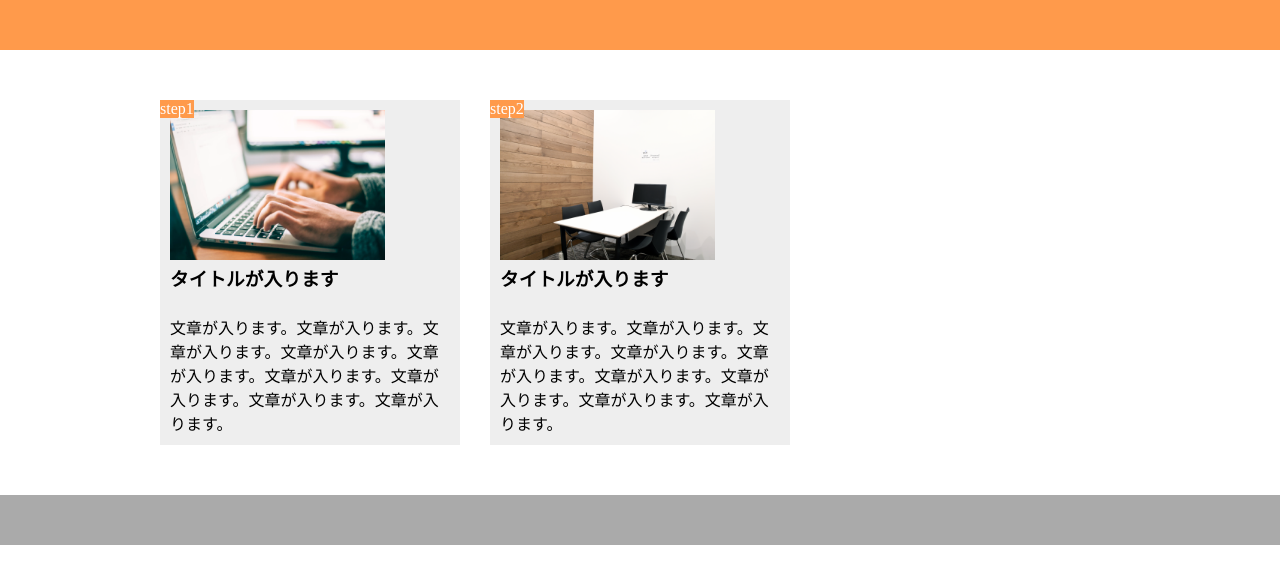
Repository: nashiworio1011/git-kadi1
Page: ennsyuu/chapter9.html
The author's editor kept a record of every edit. The page is drawn from the files as they stood at one moment, then again after the next edit.
The browser window is 1280 px wide. The pictures show the whole page.

Above is the page before.

After the next edit:
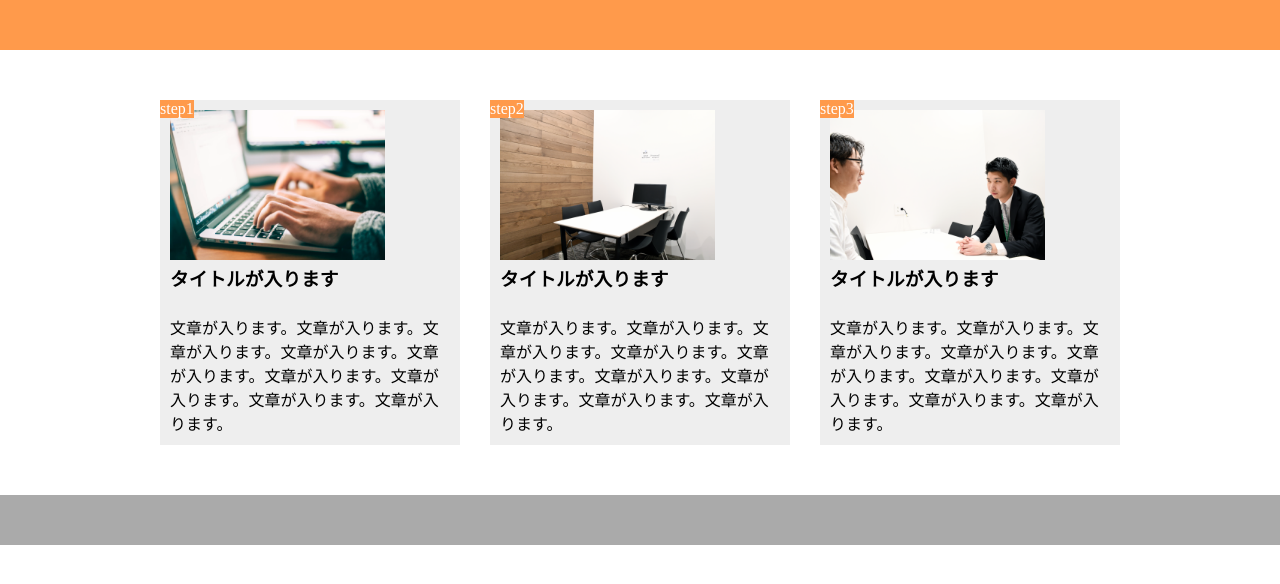
The edit:
--- a/ennsyuu/chapter9.html
+++ b/ennsyuu/chapter9.html
@@ -21,6 +21,12 @@
         <h3>タイトルが入ります</h3>
       　<p>文章が入ります。文章が入ります。文章が入ります。文章が入ります。文章が入ります。文章が入ります。文章が入ります。文章が入ります。文章が入ります。</p>
       </section>
+      <section class="stepbox">
+        <div class="step-num">step3</div>
+        <img class="step-img3" src="img/flow03.png">
+        <h3>タイトルが入ります</h3>
+      　<p>文章が入ります。文章が入ります。文章が入ります。文章が入ります。文章が入ります。文章が入ります。文章が入ります。文章が入ります。文章が入ります。</p>
+      </section>
     </main>
     <footer></footer>
   </body>
